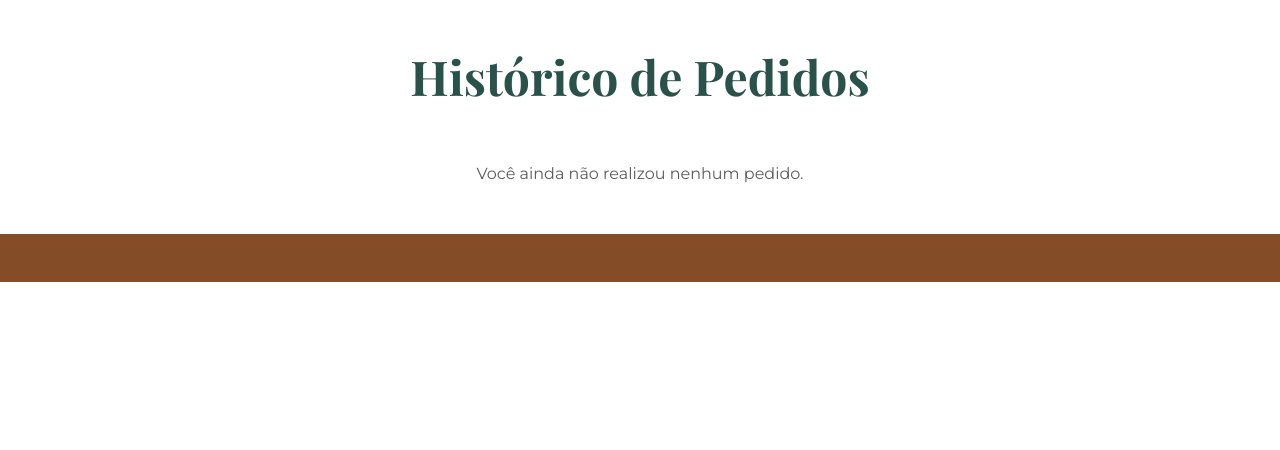
Repository: Lucascsg/projeto-anasouza-frontend
Page: historico.html
An editor plug-in stored every save of this project. The page is shown before and after the next save, followed by the edit.
The browser window is 1280 px wide. The pictures show the whole page.

Above is the page before, as saved 2025-10-22 11:25:16.

After the next save:
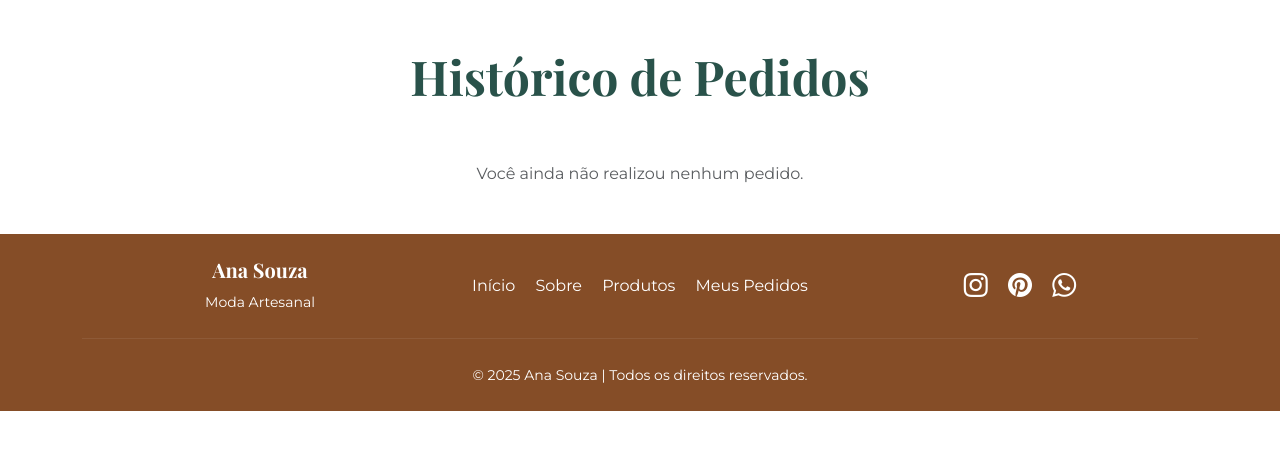
Saved 3 min 55 s later.
--- a/historico.html
+++ b/historico.html
@@ -29,7 +29,30 @@
     </main>
 
     <footer class="py-4 footer-custom">
-        </footer>
+    <div class="container text-center text-white">
+        <div class="row align-items-center">
+            <div class="col-md-4 mb-3 mb-md-0">
+                <h5 class="text-white">Ana Souza</h5>
+                <small>Moda Artesanal</small>
+            </div>
+            <div class="col-md-4 mb-3 mb-md-0">
+                <ul class="list-inline mb-0">
+                    <li class="list-inline-item mx-2"><a href="#" class="text-white">Início</a></li>
+                    <li class="list-inline-item mx-2"><a href="#sobre" class="text-white">Sobre</a></li>
+                    <li class="list-inline-item mx-2"><a href="produtos.html" class="text-white">Produtos</a></li>
+                    <li class="list-inline-item mx-2"><a href="historico.html" class="text-white">Meus Pedidos</a></li>
+                </ul>
+            </div>
+            <div class="col-md-4">
+                <a href="#" class="text-white fs-4 mx-2"><i class="bi bi-instagram"></i></a>
+                <a href="#" class="text-white fs-4 mx-2"><i class="bi bi-pinterest"></i></a>
+                <a href="#" class="text-white fs-4 mx-2"><i class="bi bi-whatsapp"></i></a>
+            </div>
+        </div>
+        <hr class="my-4" style="border-color: rgba(255, 255, 255, 0.3);">
+        <small>&copy; 2025 Ana Souza | Todos os direitos reservados.</small>
+    </div>
+</footer>
 
     <script src="https://cdn.jsdelivr.net/npm/bootstrap@5.3.2/dist/js/bootstrap.bundle.min.js"></script>
     <script src="js/historico.js"></script>
